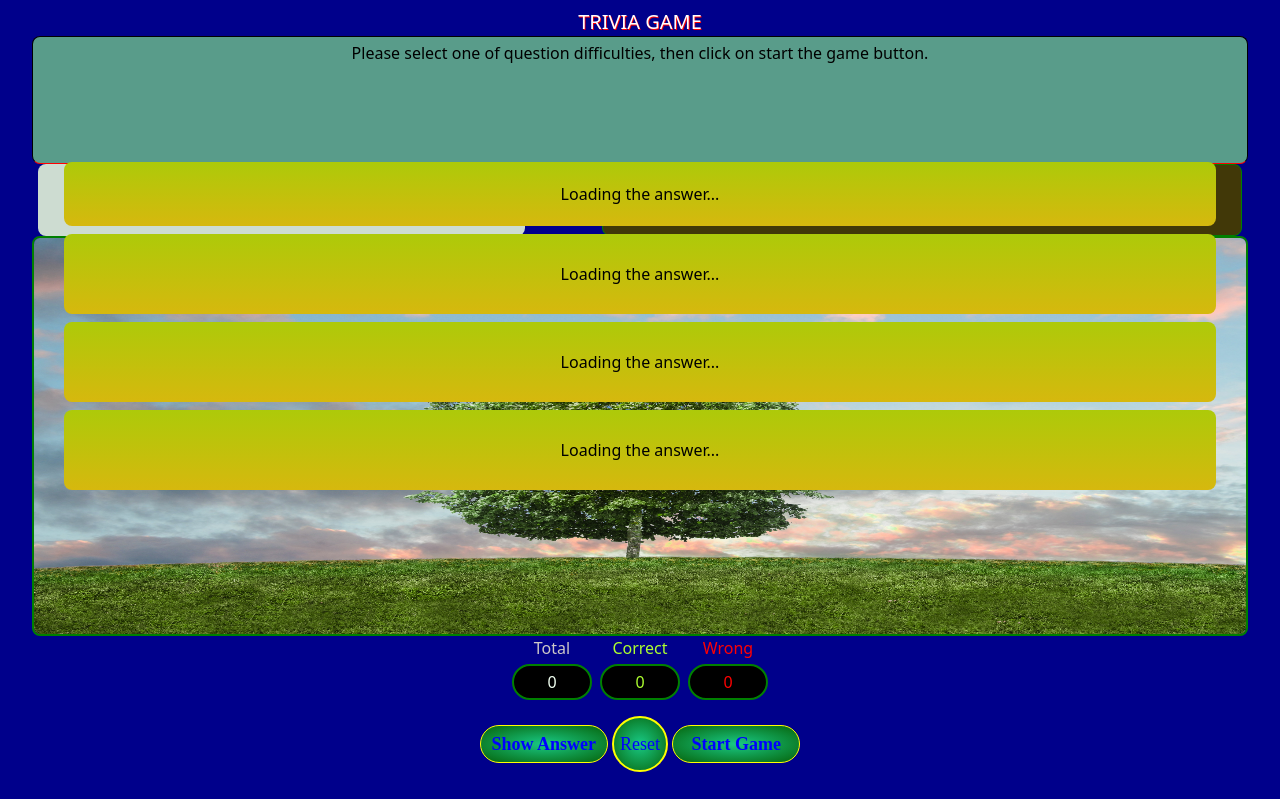
Repository: ShindanoSingi/bembe-trivia
Page: index.html
The author's editor kept a copy of each file at every save. The page is drawn from the files as they stood at one save, then again after the next save.
The browser window is 1280 px wide. The pictures show the whole page.
Some web libraries are served in a nearby version.

Above is the page before, as saved 2022-09-08 00:59:01.

### index.html
<!DOCTYPE html>
<html lang="en">

    <head>
        <meta charset="UTF-8">
        <meta http-equiv="X-UA-Compatible" content="IE=edge">
        <meta name="viewport" content="width=device-width, initial-scale=1.0">
        <link rel="stylesheet" href="style.css">
        <script src="https://cdn.tailwindcss.com"></script>
        <title>Trivia Game</title>
    </head>

    <body class="">
        <div class="content-around my-2 flex flex-col ">
            <h1 class="text-center text-xl" >TRIVIA GAME</h1>
            <div class="questionBox text-center w-[95vw] px-2 h-[8rem] p-1 mx-auto rounded-lg">
                Please select one of question difficulties, then click on start the game button.
            </div>
            <div class="category-and-difficulty-container items-center justify-around flex">
                <div class="category-container w-[38vw] h-[4.5rem] bg-[#CDDCD1] flex items-center flex-col py-[0.3rem] rounded-lg">
                    <div class="labelCategory text-sm font-bold text-black">CATEGORY</div>
                    <div class="category text-sm text-center p-1 rounded-lg">
                        Loading category...
                    </div>
                </div>
                <div class="qDifficultyBox w-[50vw] pb-1 rounded-lg items-center flex h-[4.5rem] justify-around flex-col">
                        <div id="question" class="qCat text-sm">QUESTION DIFFICULTY</div>
                        <div class="difficulties-container flex gap-1">
                            <button class="difficulty px-1.5 text-sm rounded-full" id="easy">Easy</button>
                            <button class="difficulty px-1.5 rounded-full text-sm" id="medium">Medium</button>
                            <button class="difficulty px-1.5 text-sm rounded-full" id="hard">Hard</button>
                    </div>
                </div>
            </div>
            <div class="imgAndQuestions">
                <img class="w-[95vw] h-[25rem] mx-auto" src="pexels-skitterphoto-9198.jpg" alt="nature image">
                <div class="answersButtons absolute bottom-[14.4rem] ml-[5vw] flex space-y-2 items-center  flex-col">
                    <button class="showAnswer w-[90vw] p-1 absolute bottom-[17rem] mx-auto text-sm h-[5rem]">Loading the answer...</button>
                    <button class="response w-[90vw] p-1 text-center text-md h-[4rem]" id="response1">Loading the answer...</button>
                    <button class="response w-[90vw] p-1 text-md h-[5rem]" id="response2">Loading the answer...</button>
                    <button class="response w-[90vw] p-1 text-md h-[5rem]" id="response3">Loading the answer...</button>
                    <button class="response w-[90vw] p-1 text-md h-[5rem]" id="response4">Loading the answer...</button>
                    </div>
                </div>

            <div id="bottomPart" class="flex  mx-auto flex-col items-center gap-4">
                <div class="labelsAndButtons relative left-1 flex space-x-2">
                    <div class="question-number flex flex-col items-center">
                        <p class="labels pb-1" id="labelQ">Total</p>
                        <div class="bottombuttons w-[5rem] text-center py-1" id="questionNumber">0</div>
                    </div>
                    <div class="correct-answers flex flex-col items-center">
                        <p class="labels pb-1" id="labelC">Correct</p>
                        <div class="bottombuttons w-[5rem] text-center py-1" id="correct">0</div>
                    </div>
                    <div class="wrong-answers flex flex-col items-center">
                        <p class="labels pb-1" id="labelW">Wrong</p>
                        <div class="bottombuttons w-[5rem] text-center py-1" id="wrong">0</div>
                    </div>
                    <div class="timerQuestionCorrectWrong"></div>
                </div>
                <div class="threeBottomButtons">
                    <button class="w-[8rem] text-lg py-1" id="showAnswer">Show Answer</button>
                    <button class="reset text-lg p-1 w-[3.5rem] h-[3.5rem] rounded-full">Reset</button>
                    <button class="startGame text-lg w-[8rem] py-1">Start Game</button>
                </div>
            </div>
            </div>
        <script src="./script.js"></script>
    </body>
</html>

### style.css

/* iPhone 8 and smaller */

    /*  Set h1 text to red */
    h1 {
        color: #fff;
        text-shadow: 0.05rem 0.05rem red;
    }

    /* The box containing the question */
    .questionBox {
        color: rgb(0, 0, 0);
        border: 0.02rem solid;
        background-color: rgb(89, 156, 138);
        border-bottom-color: red;
    }

    /* Label for category */
    .labelCategory {
        color: white;
    }

    /* The show answer message box */
    .showAnswer {
        color: honeydew;
        visibility: hidden;
        border: 0.1rem solid green;
        border-radius: 0.5rem;
        background-color:rgb(2, 27, 3);
    }
    /*  Individual difficulty button */
    .difficulty {
        background-image: linear-gradient(rgb(16, 221, 142), rgb(4, 58, 7));
        border: 0.2rem solid rgb(21, 139, 35);
        color: white;
    }

    /*  Class containing all difficulty buttons */
    .difficulties-container {
        border-color: green;
    }
    /* The box containing difficulty buttons */
    .qDifficultyBox {
        border: 0.14vh solid green;
        background-color: rgb(65, 56, 8);
        color: white;
    }

    /* image */
    img {
        border: 0.15rem solid green;
        border-radius: 0.5rem;
    }
    /* all response buttons */
    .response {
        border-color: green;
        background-image: linear-gradient(rgb(173, 202, 9), rgb(214, 184, 14));
        color: black;
        border-radius: 0.5rem;
    }
    /* All response buttons */
    .response:hover {
        background-image: linear-gradient(rgb(32, 90, 165), rgb(72, 168, 192));
    }

    /* Show answer button */
    #showAnswer {
        color: blue;
        border: 0.54vh solid green;
        border: 0.27vh solid yellow;
        border-radius: 20rem;
        font-family: cursive;
        font-weight: bold;
        background-image: radial-gradient(rgb(25, 201, 133), rgb(6, 99, 10));
    }
    #showAnswer:hover {
        background-image: radial-gradient(rgb(201, 25, 25), rgb(93, 99, 6));
        color: white;
    }
    /* Start game button */
    .startGame {
        color: blue;
        border: 0.54vh solid green;
        border: 0.27vh solid yellow;
        border-radius: 20rem;
        font-family: cursive;
        font-weight: bold;
        background-image: radial-gradient(rgb(25, 201, 133), rgb(6, 99, 10));
    }
    /* Start game button */
    .startGame:hover {
        background-image: radial-gradient(rgb(201, 25, 25), rgb(93, 99, 6));
        color: white;
    }
    /* Reset button */
    .reset {
        color: blue;
        border: 0.5rem solid green;
        border: 0.15rem solid yellow;
        font-family: cursive;
        background-image: radial-gradient(rgb(25, 201, 133), rgb(6, 99, 10));
    }
    /* Reset button */
    .reset:hover {
        background-image: radial-gradient(rgb(201, 25, 25), rgb(93, 99, 6));
        color: white;
    }

    /* Class containing the 3 bottom labels  (total questions, correct answers and wrong answers) */
    .question-number {
        color: rgb(205, 200, 200);
    }

    .correct-answers {
        color: greenyellow;
    }

    .wrong-answers {
        color: red;
    }

    /* The bottom boxes for total question number, correct answers and wrong answers */
    .bottombuttons {
        border: 0.15rem solid green;
        background-color: black;
        color: honeydew;
        border-radius: 2rem;
    }

    /* Set the wrong anser to red */
    #wrong {
        color: rgb(255, 0, 0);
    }
    /* Set the correct anser to green */
    #correct {
        color: greenyellow;
    }

    /* Change the color when "easy" button is hovered over */
    #easy:hover {
        background-image: linear-gradient(rgb(202, 9, 9), rgb(214, 184, 14));
    }
    /* Change the color when "easy" button is hovered over */
    #medium:hover {
        background-image: linear-gradient(rgb(202, 9, 9), rgb(214, 184, 14));
    }
    /* Change the color when "easy" button is hovered over */
    #hard:hover {
        background-image: linear-gradient(rgb(202, 9, 9), rgb(214, 184, 14));
    }

    body {
      background-color: darkblue;
    }

### script.js
// Declaring variables

// Capture win window
let winWindow = document.querySelector('.win');

// Declae win reset button
let winResetButton = document.querySelector('.winReset');

// define lose reset button
let loseResetButton = document.querySelector('.loseReset');

// define lose window
let loseWindow = document.querySelector('.lose');

// define win image
let winImage = document.querySelector('.winImage')

// define a message if the payer loses the game
let loseMessage = document.querySelector('#losePar');

// define
let video = document.querySelector('#myVideo');

// Get Body content
let body = document.querySelector('body');

// This will hold category information
let category = document.querySelector('.category');

// This will hold the question
let question = document.querySelector('.questionBox');

// This is for all response buttons
let answerButtons = document.querySelector('.answersButtons');

// Define difficulty buttons
let difficultyButtons = document.querySelector('.difficulties-container');

// Define image
let image = document.querySelector('img');

// Define audio button
let audioButton = document.querySelector('.audio');

// Declaring individual difficulty buttons
let easyButton = document.querySelector('#easy');
let mediumButton = document.querySelector('#medium');
let hardButton = document.querySelector('#hard');

// This is for individual responses
let response1 = document.querySelector('#response1');
let response2 = document.querySelector('#response2');
let response3 = document.querySelector('#response3');
let response4 = document.querySelector('#response4');

// Define the total number of questions' box.
let totNumQuestionsBox = document.querySelector('#questionNumber');

// This will hold number of correct answers
let cAnswer = document.querySelector('#correct');

// This will hold number of wrong answers
let wAnswer = document.querySelector('#wrong');

// Define the "show answer" button
let showAnswerButton = document.querySelector('#showAnswer');

let corrAnswer;

// Create new audio objects
// Code source: https://www.w3schools.com/jsref/met_audio_play.asp
let audio = new Audio('general-logo-13395.mp3');

let questionscoreCount = 0;
let correctAnswerScoreCount = 0;
let wrongAnswerscoreCount = 0;
let scoreCount = 0;
let clear = '';
let difficulty = '';

// Set winning scoreCount
let winningscoreCount = 6;

let highscoreCount = 0;

let startGame = document.querySelector('.startGame');

// Takes the response from fetch
let triviaQuestion;

// Define a global url which will be accessed by multiple functions
let url;

// Array of all Images/jpg
// https://www.pexels.com/search/environment/
let arrayImages = [];
arrayImages.push('pexels-ákos-szabó-440731.jpg');
arrayImages.push('pexels-atikul-haque-rafat-679598.jpg');
arrayImages.push('pexels-felix-mittermeier-957024.jpg');
arrayImages.push('pexels-ian-turnell-709552.jpg');
arrayImages.push('pexels-karolina-grabowska-5750182.jpg');
arrayImages.push('pexels-mahima-1250260.jpg');
arrayImages.push('pexels-mali-maeder-142497.jpg');
arrayImages.push('pexels-matthias-cooper-580900.jpg');
arrayImages.push('pexels-min-an-1131458.jpg');
arrayImages.push('pexels-minamarie-michell-570041.jpg');
arrayImages.push('pexels-olya-kobruseva-5236397.jpg');
arrayImages.push('pexels-pixabay-33044.jpg');
arrayImages.push('pexels-pixabay-221012.jpg');
arrayImages.push('pexels-pixabay-235615.jpg');
arrayImages.push('pexels-pixabay-259280.jpg');
arrayImages.push('pexels-pixabay-302804.jpg');
arrayImages.push('pexels-pixabay-414090.jpg');
arrayImages.push('pexels-pixabay-459225.jpg');
arrayImages.push('pexels-pixabay-459225.jpg');
arrayImages.push('pexels-pixabay-460621.jpg');
arrayImages.push('pexels-scott-webb-1048033.jpg');
arrayImages.push('pexels-skitterphoto-9198.jpg');
arrayImages.push('pexels-sohail-na-807598.jpg');

// for correct and wrong answer song; source code:
// https://www.dreamstime.com/stock-music-sound-effect/wrong-answer-answer.html

// Reset the game when the "Reset" button is clicked
let resetButton = document.querySelector('.reset');
resetButton.addEventListener('click', () => {

    // Code source: https://www.w3schools.com/jsref/met_audio_play.asp
    audio.volume = 0.2;

    // Refresh the page/window
    window.location.reload();
});

// Assign color to all answer buttons and call "play" function
let startButton = () => {

    // Increament the score count.
    scoreCount++;

    // Select all responses buttons.
    let responses = document.querySelectorAll('.response');
    responses.forEach(response => {
        response.style.backgroundImage = 'linear-gradient(rgb(173, 202, 9), rgb(57, 14, 214));'
    })

    // When the "Start The Game" button is presNexted, Call "play" function
    play();
}

// Select difficulty buttons
difficultyButtons.addEventListener('click', e => {

    // Target the element/button by its id.
    difficulty = e.target.id;

    // Only change the color "easy" button is selected, then enable "Start The Game"
    if (difficulty === 'easy') {

        // Only change the background of "easy button" to a different color, and let other bottons'
        // colors unchanged.
        e.target.style.backgroundImage = 'linear-gradient(rgb(9, 25, 202), rgb(81, 14, 214))';
        mediumButton.style.backgroundImage = `linear-gradient(rgb(16, 221, 142), rgb(4, 58, 7))`;
        hardButton.style.backgroundImage = `linear-gradient(rgb(16, 221, 142), rgb(4, 58, 7))`;

        // Start the Game when "Start The Game" is clicked
        let startGame = document.querySelector('.startGame');
        startGame.addEventListener('click', () => {
            startButton();
        });
    }

    // Only change the color "medium" button is selected, then enable "Start The Game"
    else if (difficulty === 'medium') {

        // Only change the background of "medium button" to a different color, and let other bottons'
        // colors unchanged.
        e.target.style.backgroundImage = 'linear-gradient(rgb(9, 25, 202), rgb(81, 14, 214))';
        easyButton.style.backgroundImage = `linear-gradient(rgb(16, 221, 142), rgb(4, 58, 7))`;
        hardButton.style.backgroundImage = `linear-gradient(rgb(16, 221, 142), rgb(4, 58, 7))`;

        // Start the Game when "Start The Game" is clicked
        startGame.addEventListener('click', () => {
            startButton();
        });
    }

    // Only change the color "hard" button is selected, then enable "Start The Game"
    else if (difficulty === 'hard') {

        // Only change the background of "hard button" to a different color, and let other bottons'
        // colors unchanged.
        e.target.style.backgroundImage = 'linear-gradient(rgb(9, 25, 202), rgb(81, 14, 214))';
        mediumButton.style.backgroundImage = `linear-gradient(rgb(16, 221, 142), rgb(4, 58, 7))`;
        easyButton.style.backgroundImage = `linear-gradient(rgb(16, 221, 142), rgb(4, 58, 7))`;



        // Start the Game when "Start The Game" is clicked
        startGame.addEventListener('click', () => {
            startButton();
        });
    }

    // Return the value of the chosen difficulty button.
    return difficulty;
})



// Play the game when the start game button is click.
function play() {

    // Define and get a random number
    // Source: https://www.w3schools.com/jsref/jsref_random.asp
    let randomQuestion = Math.floor(Math.random() * 10 + 9);

    // Get the question from the API
    // Source: https://opentdb.com/api_config.php
    url = `https://opentdb.com/api.php?amount=50&difficulty=${difficulty}&type=multiple`

    // Define an empty array that will hold the correct answer and 3 wrong answers
    let arr = [];

    // fetch the the result for the above url.
    fetch(url)
        .then(res => {
            return res.json()
        })

        .then(res => {

            triviaQuestion = res;

            // Capture the correct from the response
            corrAnswer = res.results[0].correct_answer;

            arr.push(res.results[0].correct_answer);
            arr.push(res.results[0].incorrect_answers[0])
            arr.push(res.results[0].incorrect_answers[2])
            arr.push(res.results[0].incorrect_answers[1])

            category.innerHTML = res.results[0].category
            question.innerHTML = res.results[0].question

            // Assigning answers to answers buttons
            response1.innerHTML = arr[0];
            response2.innerHTML = arr[1];
            response3.innerHTML = arr[2];
            response4.innerHTML = arr[3];

            // Shuffling the array to avoid answers pattern.
            for (let i = arr.length - 1; i > 0; i--) {
                let j = Math.floor(Math.random() * (i + 1))

                let tempNum = arr[i];
                arr[i] = arr[j];
                arr[j] = tempNum;
            }
        })
}


// Track the clicking event of each answerButton
answerButtons.addEventListener('click', (event) => {

    // Check if the selected answer is equal to correct answer
    if (event.target.innerText === triviaQuestion.results[0].correct_answer) {

        // Increment total number of question
        scoreCount++;

        // Increament the the number of correct answers.
        correctAnswerScoreCount++;

        // Write the correct answer in the correct answer box
        cAnswer.innerText = correctAnswerScoreCount;

        for (let i = arrayImages.length - 1; i > 0; i--) {
            let j = Math.floor(Math.random() * (i + 1))

            let tempNum = arrayImages[i];
            arrayImages[i] = arrayImages[j];
            arrayImages[j] = tempNum;
        }

        // Play a random video
        image.src = arrayImages[1];

        // Set the background of the correct answer to green
        event.target.style.backgroundImage = `linear-gradient(rgb(0, 255, 106),
        rgb(9, 106, 28))`;

        // Call the next question
        nextQuestion()
    }

    // Check if the selected answer is not equal to the correct answer
    else if (event.target.innerText !== triviaQuestion.results[0].correct_answer) {

        // Play this audio if the answer is incorrect
        let audioWrongAnswer = new Audio('wrongAnswer.mp3');


        for (let i = arrayImages.length - 1; i > 0; i--) {
            let j = Math.floor(Math.random() * (i + 1))

            let tempNum = arrayImages[i];
            arrayImages[i] = arrayImages[j];
            arrayImages[j] = tempNum;
        }

        // Play a random video
        image.src = arrayImages[0];

        // Incremment scoreCount
        scoreCount++;

        // Increament the the number of incorrect answers.
        wrongAnswerscoreCount++;

        // Set the background of the correct answer to red
        event.target.style.backgroundImage = 'linear-gradient(rgb(220, 7, 7), #fa0a0a)';

        // Write the incorrect answer in the wrong answer box
        wAnswer.innerHTML = wrongAnswerscoreCount;
    }

    // Call the next question
    nextQuestion();
})

// Refresh the window reset all numbers to 0 and all texts to empty.
function refreshWindow() {
    window.location.reload()
}

// This function runs when the player calls for the next question.
function nextQuestion() {


    // Source: https://www.w3schools.com/jsref/jsref_random.asp
    let randomQuestions = Math.floor(Math.random() * 10 + 9);

    let urlNext = `https://opentdb.com/api.php?amount=1&category=${randomQuestions}&type=multiple`

    let arrNext = [];

    fetch(urlNext)
        .then(resNext => {
            return resNext.json()
        })

        .then(resNext => {

            // Capture the correct from the response
            corrAnswer = resNext.results[0].correct_answer;

            // Assign the response from fetch to triviaQuestion
            triviaQuestion = resNext;

            arrNext.push(resNext.results[0].correct_answer);
            arrNext.push(resNext.results[0].incorrect_answers[0])
            arrNext.push(resNext.results[0].incorrect_answers[2])
            arrNext.push(resNext.results[0].incorrect_answers[1])

            // Shuffling the array to avoid answers pattern.
            // source: https://www.geeksforgeeks.org/how-to-shuffle-an-array-using-javascript/

            for (let i = arrNext.length - 1; i > 0; i--) {
                let j = Math.floor(Math.random() * (i + 1))

                let tempNums = arrNext[i];
                arrNext[i] = arrNext[j];
                arrNext[j] = tempNums;
            }

            // Assigning original coloanswers to answers buttons
            response1.innerHTML = arrNext[0];
            response1.style.backgroundImage = 'linear-gradient(rgb(173, 202, 9), rgb(57, 14, 214))'

            response2.innerHTML = arrNext[1];
            response2.style.backgroundImage = 'linear-gradient(rgb(173, 202, 9), rgb(57, 14, 214))'

            response3.innerHTML = arrNext[2];
            response3.style.backgroundImage = 'linear-gradient(rgb(173, 202, 9), rgb(57, 14, 214))'

            response4.innerHTML = arrNext[3];
            response4.style.backgroundImage = 'linear-gradient(rgb(173, 202, 9), rgb(57, 14, 214))'

            category.innerHTML = resNext.results[0].category
            question.innerHTML = resNext.results[0].question

            console.log(resNext.results[0])

        })
}

// Display the answer if the "show Andwer" button is clicked for 1 second, then hide the answer.
showAnswerButton.addEventListener('click', () => {
    let answerBox = document.querySelector('.showAnswer');

    setTimeout(function () {
        answerBox.style.visibility = 'visible';
        answerBox.style.zIndex = '100';

        answerBox.innerHTML = corrAnswer;
        //Hide the answer
        setTimeout(function () {
            answerBox.style.visibility = 'hidden';

        }, 1000)
    }, 1000)

    if (answerBox.innerHTML === 'undefined') {
        answerBox.innerHTML = "Loading the answer...";
    }
    else {
        answerBox.innerHTML = "Loading the answer...";
    }
})

After the next save:
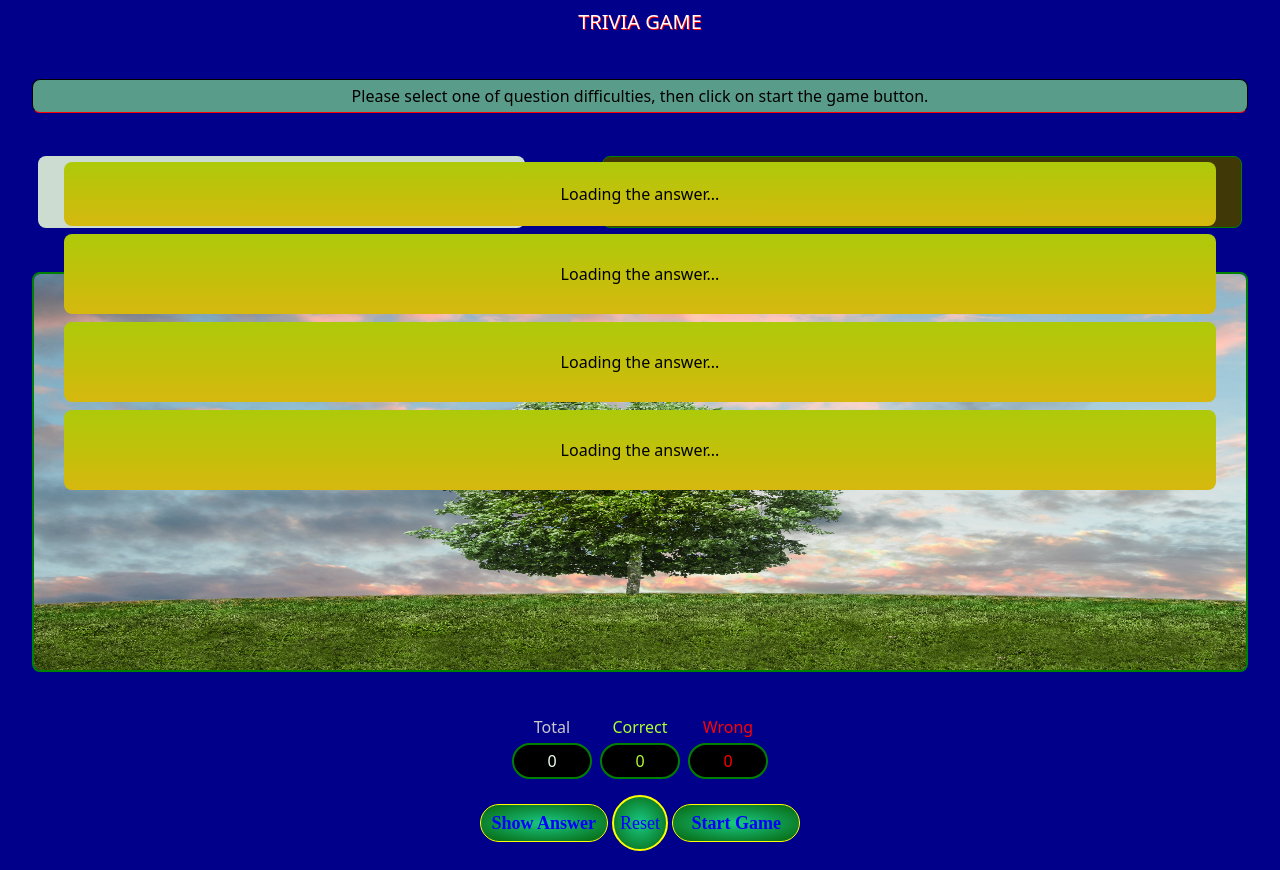
Saved 11 s later.
--- a/index.html
+++ b/index.html
@@ -11,7 +11,7 @@
     </head>
 
     <body class="">
-        <div class="content-around my-2 flex flex-col ">
+        <div class="containerBox max-h-[100vh] my-2 flex flex-col gap-[6vh]">
             <h1 class="text-center text-xl" >TRIVIA GAME</h1>
             <div class="questionBox text-center w-[95vw] px-2 h-[8rem] p-1 mx-auto rounded-lg">
                 Please select one of question difficulties, then click on start the game button.
